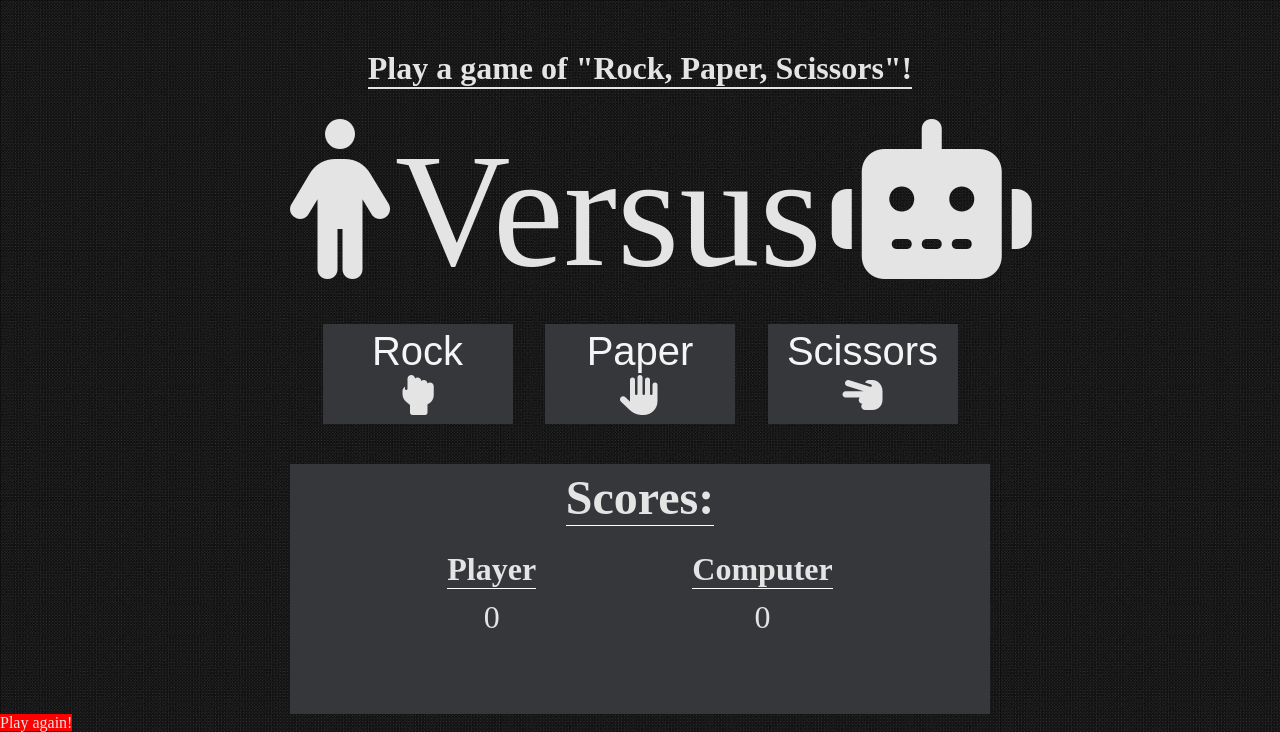
Repository: Pafestivo/rock-paper-scissors
Page: index.html
An editor plug-in stored every save of this project. The page is shown before and after the next save, followed by the edit.
The browser window is 1280 px wide. The pictures show the whole page.
Some web libraries are served in a nearby version.

Above is the page before, as saved 2022-10-14 22:21:04.

### index.html
<!DOCTYPE html>
<html lang="en">
<head>
  <meta charset="UTF-8">
  <meta name="viewport" content="width=device-width, initial-scale=1.0">
  <link rel="stylesheet" href="styles.css">
  <script src="js-file.js" defer></script>
  <script src="https://kit.fontawesome.com/e2364af56b.js" crossorigin="anonymous"></script>
  <title>Rock, Paper, Scissors</title>
</head>
<body>

  <header>
    <h1>Play a game of "Rock, Paper, Scissors"!</h1>
  </header>
  <div id="versus">
    <i class="fa-solid fa-person"></i>
    <p>Versus</p>
    <i class="fa-solid fa-robot"></i>
  </div> <!-- /versus -->

  <div class="buttons">
    <button id="rock">
      Rock
      <i class="fa-solid fa-hand-back-fist"></i>
    </button>
    <button id="paper">
      Paper
      <i class="fa-solid fa-hand"></i>
    </button>
    <button id="scissors">
      Scissors
      <i class="fa-solid fa-hand-scissors"></i>
    </button>
  </div> <!-- /buttons -->


  <div id="results">

    <div class="scores">
      <h1 id="scores-header">Scores:</h1>
    </div> <!-- /scores -->

    <div class="columns">
      <div class="player">
        <h1 class="underline">Player</h1>
        <p id ="player-points" class="points">0</p>
      </div> <!-- /player-scores -->

      <div class="comp">
        <h1 class="underline">Computer</h1>
        <p id="computer-points" class="points">0</p>
      </div> <!-- /comp-scores -->
    </div><!-- /columns -->

  </div> <!-- /results -->

  <a id="play-again" href="">Play again!</a>
</body>
</html>

### styles.css
* {
  margin: 0;
  padding: 0;
  box-sizing: border-box;
}

body {
  font-family: serif;
  background-image: url(images/background.jpg);
  color: rgb(228, 228, 228);
}

header {
  width: max-content;
  margin: 50px auto 30px auto;
  border-bottom: 2px solid rgb(228, 228, 228);
}

#versus {
  display: flex;
  width: 700px;
  font-size: 10rem;
  margin: 0 auto 20px auto;
  justify-content: space-evenly;
  color: rgb(228, 228, 228);
}

.fa-robot {
  margin-left: 10px;
  font-size: 10rem;
}

.fa-person {
  font-size: 10rem;
  margin-right: 5px;
}

.buttons {
  display: flex;
  width: 700px;
  margin: 0 auto;
  justify-content: space-evenly;
}

button {
  position: relative;
  width: 190px;
  height: 100px;
  background-color: #35373B;
  border: none;
  font-size: 40px;
  color: whitesmoke;
}

button .fa-solid {
  width: 100%;
  color: rgb(228, 228, 228);
}

button:hover {
  cursor: pointer;
  background-color: #56595f;
}

button:focus {
  background-color: #635656;
}

button:disabled:hover {
  cursor: not-allowed;
  background-color: #35373B;
}

.comp-choice {
  position: absolute;
  bottom: 5px;
  right: 10px;
  font-size: 20px;
  max-width: 20px;
}

#results {
  margin: 40px auto 0 auto;
  width: 700px;
  height: 250px;
  padding: 1px;
  background-color: #35373B;
}

#scores-header {
  margin: 5px auto 25px auto;
  font-size: 3em;
  width: max-content;
  border-bottom: 1px solid white;
}

.columns {
  display: flex;
  justify-content: space-evenly;
  margin-bottom: 20px;
}



.round-result {
  margin-bottom: 15px;
  font-size: 2em;
  text-align: center;
  padding: 0;
}

.underline {
  width: max-content;
  border-bottom: 1px solid white;
}

.points {
  font-size: 2em;
  text-align: center;
  margin-top: 10px;
}

a {
  text-decoration: none;
  color: inherit;
}

#play-again {
  background-color: red;
  margin: 0 auto;
}

### js-file.js
let playerScore = 0;
let computerScore = 0;

const playerColumn = document.querySelector('.player');
const playerPoints = document.getElementById('player-points');

const computerColumn = document.querySelector('.comp');
const computerPoints = document.getElementById('computer-points');

//round logic
function playRound(playerSelection, computerSelection) {

  let log = ""


  if (
    (playerSelection === "Rock" && computerSelection === "Paper") ||
    (playerSelection === "Paper" && computerSelection === "Scissors") ||
    (playerSelection === "Scissors" && computerSelection === "Rock")
    ) {
    log = "You lost this round!"
    computerScore++
  }
  else if (
    (playerSelection === "Paper" && computerSelection === "Rock") ||
    (playerSelection === "Rock" && computerSelection === "Scissors") ||
    (playerSelection === "Scissors" && computerSelection === "Paper")
  ) {
    log = "You won this round!"
    playerScore++
  }
  else if (
    (playerSelection === computerSelection)
  ) {
    log = "This round ends in a draw!"
  }

  playerPoints.textContent = playerScore;

  computerPoints.textContent = computerScore;


  //finish the game at 5 points + show play again button
  const buttons = document.querySelectorAll('button');
  if(playerScore === 5) {
    for(i = 0; i < buttons.length; i++) {
      buttons[i].setAttribute("disabled", "disabled");
    }

    return "You won!";

  } else if (computerScore === 5) {
    for(i = 0; i < buttons.length; i++) {
      buttons[i].setAttribute("disabled", "disabled");
    }
    return "You lost!";
  }

  console.log(playerScore);
  console.log(computerScore);
  return log;
};

//computer selection
function getComputerChoice() {
  const possibleChoices = ["Rock", "Paper", "Scissors"];
  const randomize = Math.floor(Math.random() * possibleChoices.length);
  let selected = possibleChoices[randomize];

  if(document.querySelector('button #robot') != null) { //checks to see if robot icon already exists
    const robotIcon = document.getElementById('robot');
    const parent = document.getElementById('robot').parentElement;
    parent.removeChild(robotIcon); //remove the icon if it exists
  }

  if (selected === "Rock") {
    const rockChosen = document.querySelector('#rock');
    rockChosen.insertAdjacentHTML('beforeend', '<i id="robot" class="fa-solid fa-robot comp-choice"></i>'); //adds robot icon

  } else if (selected === "Paper") {
    const paperChosen = document.querySelector('#paper');
    paperChosen.insertAdjacentHTML('beforeend', '<i id="robot" class="fa-solid fa-robot comp-choice"></i>');

  } else if (selected === "Scissors") {
    const scissorsChosen = document.querySelector('#scissors');
    scissorsChosen.insertAdjacentHTML('beforeend', '<i id="robot" class="fa-solid fa-robot comp-choice"></i>');
  }

  return selected;
};


//adding the round result paragraph to the page
const results = document.querySelector('#results');
const para = document.createElement('p');
para.classList.add('round-result');


//function for event listeners
function rockRound() {

  let computerSelection = getComputerChoice();
  console.log(computerSelection);

  let roundResult = playRound("Rock", computerSelection);

  para.textContent = roundResult;
  results.appendChild(para);
};

function paperRound() {
  let computerSelection = getComputerChoice();
  console.log(computerSelection);

  para.textContent = playRound("Paper", computerSelection);
  results.appendChild(para);
};

function scissorsRound() {
  let computerSelection = getComputerChoice();
  console.log(computerSelection);

  para.textContent = playRound("Scissors", computerSelection);
  results.appendChild(para);
};
//end of event listeners functions


//adding event listeners to each button
const rock = document.querySelector('#rock');
rock.addEventListener("click", rockRound);

const paper = document.querySelector('#paper');
paper.addEventListener("click", paperRound);

const scissors = document.querySelector('#scissors');
scissors.addEventListener("click", scissorsRound);

After the next save:
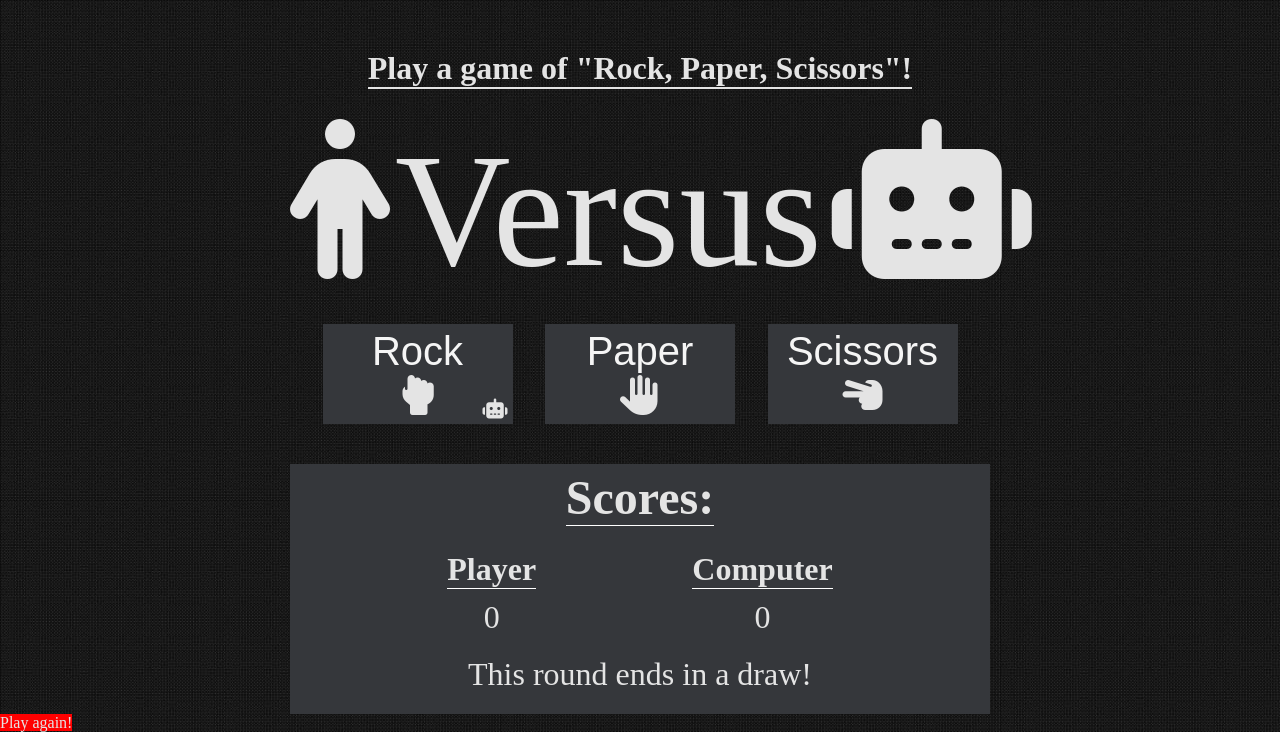
Console error: TypeError: Failed to execute 'addEventListener' on 'EventTarget': parameter 2 is not of type 'Object'.
Saved 13 h 15 min later.
--- a/js-file.js
+++ b/js-file.js
@@ -128,7 +128,7 @@
 
 //adding event listeners to each button
 const rock = document.querySelector('#rock');
-rock.addEventListener("click", rockRound);
+rock.addEventListener("click", setTimeout(rockRound(), 1000));
 
 const paper = document.querySelector('#paper');
 paper.addEventListener("click", paperRound);

After the save that followed:
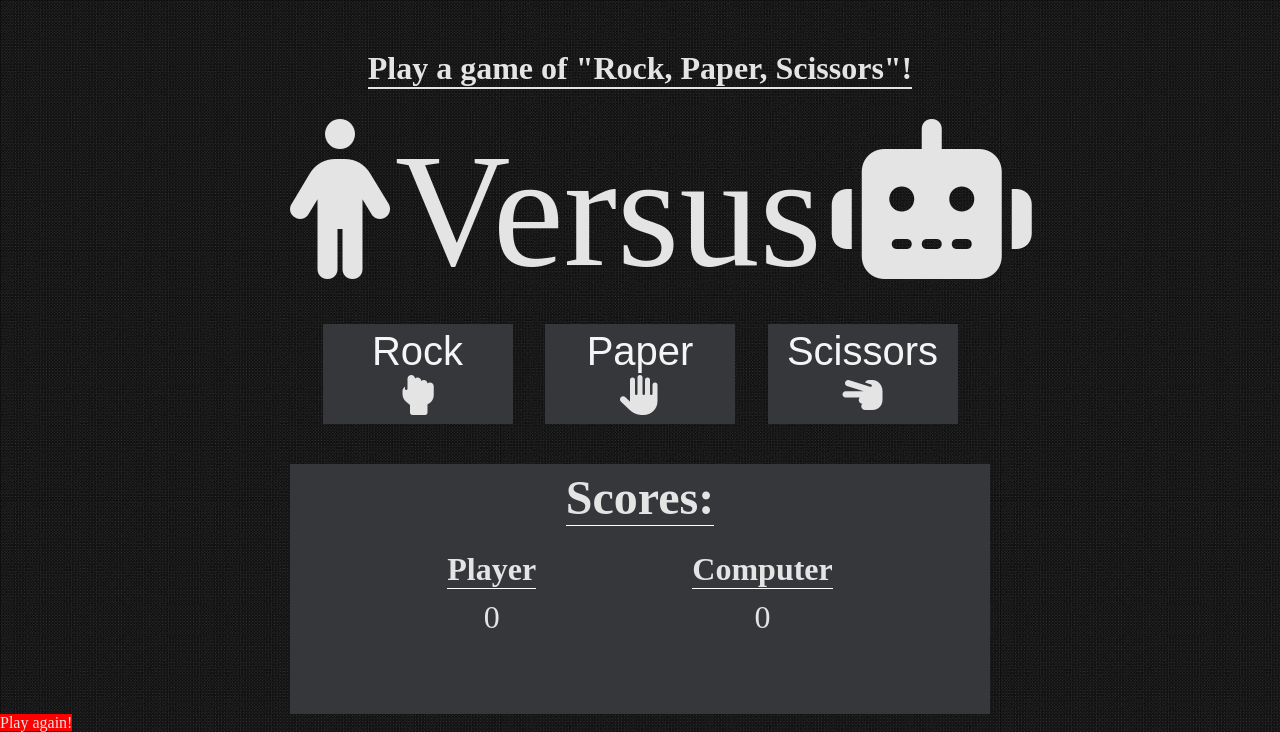
The error is gone.
Saved 19 s later.
--- a/js-file.js
+++ b/js-file.js
@@ -128,7 +128,7 @@
 
 //adding event listeners to each button
 const rock = document.querySelector('#rock');
-rock.addEventListener("click", setTimeout(rockRound(), 1000));
+rock.addEventListener("click", rockRound);
 
 const paper = document.querySelector('#paper');
 paper.addEventListener("click", paperRound);
